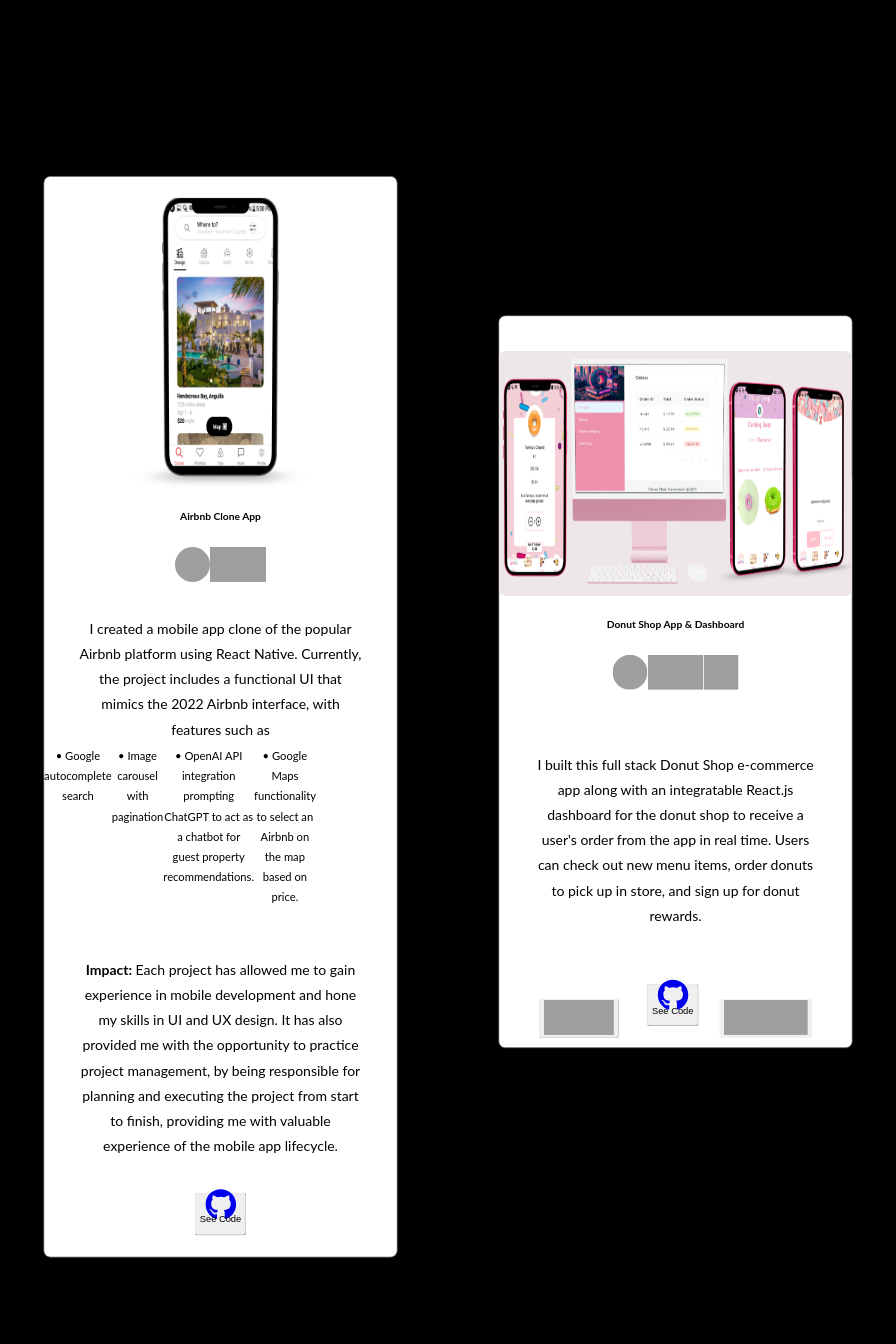
Repository: JamesPesenti/portfolio
Page: /
An editor plug-in stored every save of this project. The page is shown before and after the next save, followed by the edit.
The browser window is 1280 px wide. The pictures show the part of the page from y = 1478 to 3398 px (the page is 6929 px tall), at 70% of full size.
Pictures or frames that could not be fetched are drawn as grey boxes. The project was rebuilt for these pictures with package versions that can differ from the ones it lists, and the page was loaded fresh each time. Imported but missing from the stored project, and not drawn on this page: src/Components/James Pesenti Resume 2023.pdf.

Above is the page before, as saved 2023-08-28 15:00:40.

### public/index.html
<!DOCTYPE html>
<html lang="en">
  <head>
    <meta charset="utf-8" />
    <link rel="" href="" />
    <meta name="viewport" content="width=device-width, initial-scale=1" />
    <meta name="theme-color" content="#000000" />
    <meta name="description" content="James Pesenti Portfolio 2023" />
    <link rel="apple-touch-icon" href="" />
    <link rel="manifest" href="%PUBLIC_URL%/manifest.json" />

    <title>Portfolio 2023</title>

  </head>
  <body>
    <div id="root"></div>
  </body>
</html>

### src/Components/AboutMe.jsx
import React from 'react'
import { FontAwesomeIcon } from '@fortawesome/react-fontawesome'
import { FaGithub } from "react-icons/fa";
import { FaMapPin } from "react-icons/fa";

const AboutMe = () => {
  return (
    <>

        <div style={{justifyContent: "center", textAlign: "center", color: "white", padding: 50,}}>
            {/* Spinning image  */}
            {/* <img style={{padding: 10, borderRadius: "50%", width: 200, height: 200,}} src="/images/IMG_1619.jpg" className="App-logo" alt="logo" /> */}
            <img style={{padding: 10, borderRadius: "50%", width: 200, height: 200,}} src="/images/IMG_1619.jpg" alt="logo" />
            <h1>I'm James Pesenti</h1>
            <h2>a Software Developer building mobile apps and websites</h2>
              <FaMapPin size={20} style={{position: "relative", top: 5, right: 65, }} />
              <h3 style={{marginTop: -24}}> Chicago, IL</h3>
        </div>

</>
  )
}

export default AboutMe

### src/Components/Scroll.jsx
import React from 'react'
import '../CSS/App.css';


const Scroll = () => {

  return (
    <>

        <div style={{marginBottom: 400, justifyContnent: 'center'}} id="section09" class="demo">
          <a href="#parallaxContainer">
            <span></span>
            Scroll down to see my work
          </a>
        </div>

    </>
  )
}

export default Scroll

### src/Components/MyProjects.jsx
import UberGoogleButton from "../Components/UberGoogleButton"
import AstonGoogleButton from "./AstonGoogleButton"
import AstonAppleButton from "./AstonAppleButton"
import BarceGoogleButton from "../Components/BarceGoogleButton"
import BarceAppleButton from "./BarceAppleButton"
import { FaGithub } from "react-icons/fa";

const MyProjects = () => {
  return (

  <>
    <div id="parallaxContainer" style={{ display: 'grid', gridTemplateColumns: 'repeat(2, 1fr)', gap: '20px' }}>

    {/* Airbnb Clone */}
    <div style={{ justifyContent: 'center', alignItems: 'center',  width: "80%", borderRadius: 10}} className="box">
            <div>
                <img style={{ borderRadius: 10, marginTop: 30, marginBottom: -35, width: "100%", height: 450, transition: ".7s", }} src="images/mockrocket-capture (11).png" />
            </div>
            <h4 style={{textAlign: 'center'}}>Airbnb Clone App</h4>
                <div style={{padding: 10, borderRadius: 10, marginBottom: -40,}}>
                  <img style={{width: 50, height: 50, borderRadius: 50}} src="https://i.pinimg.com/originals/8a/02/1a/8a021aa097236b42dd71fb731e3d894d.gif"/>
                  <img style={{width: 80, height: 50, }} src="https://www.datocms-assets.com/45470/1631026680-logo-react-native.png"  />
                  {/* <img style={{width: 50, height: 50, }} src="https://pbs.twimg.com/profile_images/1114309924551417856/FKA4cm2x_400x400.png"  /> */}
                </div>
           <div>
            <p style={{fontSize: 20, textAlign: 'center', padding: 50, marginBottom: -60}}>I created a mobile app clone of the popular Airbnb platform using React Native. Currently, the project includes a functional UI that mimics the 2022 Airbnb interface, with features such as</p>
           </div>
           <div numberOfLines={1} style={{display: 'flex', flexDirection: "row", width: "60%"}}>
            <p style={{fontSize: 16, padding: 0, marginBottom: 0}}>&#8226; Google autocomplete search</p>
            <p style={{fontSize: 16, padding: 0, marginBottom: 0}}>&#8226; Image carousel with pagination</p>
            <p style={{fontSize: 16, paddingHorizontal: 0, marginBottom: 0}}> &#8226; OpenAI API integration prompting ChatGPT to act as a chatbot for guest property recommendations.</p>
            <p style={{fontSize: 16, paddingHorizontal: -90, marginBottom: 0}}> &#8226; Google Maps functionality to select an Airbnb on the map based on price.</p>
            {/* <p style={{fontSize: 20, textAlign: 'center', padding: 40, marginBottom: -60}}>I plan to add additional features and integrate back end functionality in future updates to enhance the user experience and provide a more comprehensive product.</p> */}
            {/* <p style={{fontSize: 20, textAlign: 'center', padding: 30, marginBottom: -80}}><b> Key Skills I learned: </b>React Native, UI design, Google Play and App Store submission process, mobile development, UX design, project management.</p> */}
           </div>
           <div>
            <p style={{fontSize: 20, textAlign: 'center', padding: 50}}><b> Impact: </b> Each project has allowed me to gain experience in mobile development and hone my skills in UI and UX design. It has also provided me with the opportunity to practice project management, by being responsible for planning and executing the project from start to finish, providing me with valuable experience of the mobile app lifecycle.</p>
           </div>

           <div >
                {/* <UberGoogleButton  /> */}
                <button style={{marginTop: 10}} type="button" className="codeButton">
                  <a href="https://github.com/JamesPesenti/Airbnb" target="_blank" rel="noopener noreferrer">
                    <FaGithub  size={45} style={{ marginTop: -80, marginBottom: -25, justifyContent: "center", textAlign: "center"}} />
                  </a>
                  <p>See Code</p>
                </button>
                {/* <AstonAppleButton  /> */}
            </div>

        </div>


     {/* Donut Shop App */}
     <div style={{marginTop: -80, marginBottom: 20, justifyContent: 'center', alignItems: 'center',  width: "80%", borderRadius: 10}} className="box">
            <div>
                <img style={{ borderRadius: 10, marginTop: 50, width: "100%", height: 350, transition: ".7s", }} src="/images/appAndDashMock.png" />
            </div>
            <h4 style={{textAlign: 'center'}}>Donut Shop App & Dashboard</h4>
                <div style={{padding: 10, borderRadius: 10, marginBottom: 0,}}>
                  <img style={{width: 50, height: 50, borderRadius: 50}} src="https://i.pinimg.com/originals/8a/02/1a/8a021aa097236b42dd71fb731e3d894d.gif"/>
                  <img style={{width: 80, height: 50, }} src="https://www.datocms-assets.com/45470/1631026680-logo-react-native.png"  />
                  <img style={{width: 50, height: 50, }} src="https://pbs.twimg.com/profile_images/1114309924551417856/FKA4cm2x_400x400.png"  />
                </div>
            <p style={{fontSize: 20,textAlign: 'center', padding: 50}}>I built this full stack Donut Shop e-commerce app along with an integratable React.js dashboard for the donut shop to receive a user's order from the app in real time. Users can check out new menu items, order donuts to pick up in store, and sign up for donut rewards.</p>

            <div>
                <UberGoogleButton  />
                <button style={{marginTop: 40}} type="button" className="codeButton">
                  <a href="https://github.com/JamesPesenti/Donut_Shop" target="_blank" rel="noopener noreferrer">
                    <FaGithub  size={45} style={{ marginTop: -80, marginBottom: -25, justifyContent: "center", textAlign: "center"}} />
                  </a>
                  <p>See Code</p>
                </button>
                <AstonAppleButton  />
            </div>

        </div>


    {/* Uber Eats App */}
    <div style={{marginTop: 80, marginBottom: 60, justifyContent: 'center', alignItems: 'center',  width: "80%", borderRadius: 10}} className="box">
            <div className="imgWrapper" style={{width: 480, height: 350}}>
                <img style={{ borderRadius: 5, marginTop: 50, width: "100%", height: 300, transition: ".7s", }} src="/images/UberEatsLast.png" />
            </div>
            <h4 style={{textAlign: 'center'}}>Uber Eats Clone App</h4>
                <div style={{padding: 10, borderRadius: 10, marginBottom: -40,}}>
                  <img style={{width: 50, height: 50, borderRadius: 50}} src="https://i.pinimg.com/originals/8a/02/1a/8a021aa097236b42dd71fb731e3d894d.gif"/>
                  <img style={{width: 80, height: 50, }} src="https://www.datocms-assets.com/45470/1631026680-logo-react-native.png"  />
                  <img style={{width: 50, height: 50, }} src="https://pbs.twimg.com/profile_images/1114309924551417856/FKA4cm2x_400x400.png" />
                </div>
            <p style={{fontSize: 20,textAlign: 'center', padding: 50}}>A full stack React Native app inspired by the UberEats user app. I utilized AWS Amplify's datastore to configure the back end to query and save customer's orders and used Amazon Cognito for user registration, authentication, & account recovery.</p>

            <div>
                <UberGoogleButton  />
                <button style={{marginTop: 40}} type="button" className="codeButton">
                  <a href="https://github.com/JamesPesenti/UberEatsClone" target="_blank" rel="noopener noreferrer">
                    <FaGithub  size={45} style={{ marginTop: -80, marginBottom: -20, justifyContent: "center", textAlign: "center"}} />
                  </a>
                  <p>See Code</p>
                </button>
                <AstonAppleButton  />
            </div>

        </div>


     {/* Aston Waikiki App */}
       <div style={{marginTop: 80, marginBottom: 120, justifyContent: 'center', alignItems: 'center',  width: "80%", borderRadius: 10}} className="box">
            <div className="imgWrapper" style={{width: 450, height: 350}}>
                <img style={{ marginTop: 50, width: "100%", height: "auto", transition: ".7s", }} src="/images/astonmock.png" />
            </div>
            <h4 style={{textAlign: 'center'}}>Aston Waikiki Hotel UI</h4>
                <div style={{padding: 10, borderRadius: 10, marginBottom: -40,}}>
                  <img style={{width: 50, height: 50, borderRadius: 50}} src="https://i.pinimg.com/originals/8a/02/1a/8a021aa097236b42dd71fb731e3d894d.gif"/>
                  <img style={{width: 80, height: 50, }} src="https://www.datocms-assets.com/45470/1631026680-logo-react-native.png"  />
                </div>
            <p style={{fontSize: 20,textAlign: 'center', padding: 50}}>A React Native UI design I created to reimagine the hotel Aston Waikiki Beach's website into a cross platform mobile app. I used most of the content and images from the current website and utilized both Bottom Tabs, Drawer navigation and other React Native libraries for a better user experience.</p>

            <div>
                <AstonGoogleButton  />
                <button style={{marginTop: 40}} type="button" className="codeButton">
                        <a href="https://github.com/JamesPesenti/AstonWaikikiBeachApp" target="_blank" rel="noopener noreferrer">
                            <FaGithub  size={45} style={{ marginTop: -80, marginBottom: -20, justifyContent: "center", textAlign: "center"}} />
                        </a>
                        <p>See Code</p>
                </button>
                <AstonAppleButton  />
            </div>

        </div>


    {/* Barcelona App */}
       <div style={{marginTop: 20, marginBottom: 120, justifyContent: 'center', alignItems: 'center',  width: "80%", borderRadius: 10}} className="box">
            <div className="imgWrapper" style={{width: 650, height: 300}}>
                <img style={{ marginTop: 30, width: "100%", height: 250, transition: ".7s", }} src="/images/barcelonamockup.png" />
            </div>
            <h4 style={{textAlign: 'center'}}>Barcelona Tourist App</h4>
                <div style={{padding: 10, borderRadius: 10, marginBottom: -20,}}>
                <img style={{width: 80, height: 50,}} src="https://www.datocms-assets.com/45470/1631026680-logo-react-native.png"  />
                <img style={{width: 50, height: 50, borderRadius: 50}} src="https://i.pinimg.com/originals/8a/02/1a/8a021aa097236b42dd71fb731e3d894d.gif"/>
                </div>
            <p style={{fontSize: 20, textAlign: 'center', padding: 50}}>I created this React Native app for visitors of Barcelona Spain to save pictures and locations of their favorite places. I used pop-up modals for users to quickly get information on popular sights and used geolocation with google maps so users can save their location and select it on the map.</p>

            <div>
               <BarceAppleButton  />
                <button style={{marginTop: 40}} type="button" className="codeButton">
                        <a href="https://github.com/JamesPesenti/BarcelonaApp" target="_blank" rel="noopener noreferrer">
                            <FaGithub  size={45} style={{ marginTop: -80, marginBottom: -20, justifyContent: "center", textAlign: "center"}} />
                        </a>
                        <p>See Code</p>
                </button>
                <BarceGoogleButton  />
            </div>

        </div>

    {/* IAR React App */}
        {/* <div style={{marginBottom: 0, justifyContent: 'center', alignItems: 'center',  width: "80%", borderRadius: 10}} className="box">
            <img style={{ width: 600, height: 350, borderRadius: 10, borderWidth: 2, borderColor: "green"}} src="/images/innermock.png" />
            <h4 style={{textAlign: 'center'}}>Inner Aura Readings Website</h4>
            <div style={{flexDirection: "row", padding: 10, borderRadius: 10}}>
                <img src="https://www.logo.wine/a/logo/React_(web_framework)/React_(web_framework)-Logo.wine.svg" style={{width: 100, height: 50,}} />
                <img className="logoBox" src="https://cdn.pixabay.com/photo/2017/08/05/11/16/logo-2582747_1280.png" style={{width: 50, height: 50,}} />
            </div>
            <p style={{fontSize: 20, textAlign: 'center', padding: 50}}>This was the first official React.js web app that I developed. I made it for a friend who wanted to reach more customers with a mobile friendly website. I made multiple iterations and converted it into a PWA for offline operability with native like performance. </p>
            <button style={{marginTop: 0}} type="button" className="codeButton">
                        <a href="https://github.com/JamesPesenti/InnerAuraReadings2022" target="_blank" rel="noopener noreferrer">
                            <FaGithub  size={45} style={{ marginTop: -80, marginBottom: -20, justifyContent: "center", textAlign: "center"}} />
                        </a>
                        <p>See Code</p>
            </button>

        </div> */}


{/* REapp */}
        {/* <div style={{marginBottom: 100, justifyContent: 'center', alignItems: 'center',  width: "80%", borderRadius: 10,}} className="box">
        <img style={{marginTop: 50, width: 800, height: 350, borderRadius: 10, borderWidth: 2, borderColor: "green"}} src="/images/remockup.png" />
            <h4 style={{textAlign: 'center'}}>Real Estate Listing Website </h4>
            <div style={{flexDirection: "row", padding: 10, borderRadius: 10}}>
                <img src="https://www.logo.wine/a/logo/React_(web_framework)/React_(web_framework)-Logo.wine.svg" style={{width: 100, height: 50,}} />
                <img src="https://img.icons8.com/color/480/cloud-firestore.png" style={{width: 50, height: 50,}} />
                <img src="https://raw.githubusercontent.com/JamesPesenti/RealEstateApp/16b046b3d34b4a26468627e906dc503be8911b73/src/assets/svg/googleIcon.svg" style={{marginBottom: 8, width: 100, height: 30,}} />
            </div>
            <p style={{fontSize: 20, textAlign: 'center', padding: 50}}>Real Estate listing website built with React, FireStore database and Google OAuth to sign in with a google account. You can search listings for rent/sale and login to your account to create a listing and save offers. Inspiration and back-end code taken from Brad Traversey's React course I took on Udemy.</p>
            <button style={{marginTop: 40}} type="button" className="codeButton">
                        <a href="https://github.com/JamesPesenti/RealEstateApp" target="_blank" rel="noopener noreferrer">
                            <FaGithub  size={45} style={{ marginTop: -80, marginBottom: -20, justifyContent: "center", textAlign: "center"}} />
                        </a>
                        <p>See Code</p>
            </button>
        </div> */}

    </div>


    </>
  )
}

export default MyProjects

### src/Components/UberGoogleButton.jsx
import React from 'react'


const UberGoogleButton = () => {
  return (
    <>
    <button type="button" style={{marginRight: 40, borderWidth: .1, borderColor: '#efefef', borderRadius: 5}}>
        <a href="https://expo.dev/accounts/jimpesenti/projects/UberEats/builds/b9dfcb73-dd37-4009-b5f9-7d24a72b937d">
            <img style={{width: 100, height: 50, borderRadius: 0}} src="https://logos-world.net/wp-content/uploads/2020/12/Google-Play-Logo-500x281.png"/>
        </a>
    </button>
    </>
  )
}

export default UberGoogleButton

### src/Components/AstonGoogleButton.jsx
import React from 'react'


const AstonGoogleButton = () => {
  return (
    <>
    <button type="button" style={{marginRight: 40, borderWidth: .1, borderColor: '#efefef', borderRadius: 5}}>
        <a href="https://play.google.com/store/apps/details?id=com.jamespesenti91.astonwaikikibeach">
            <img style={{width: 100, height: 50, borderRadius: 0}} src="https://logos-world.net/wp-content/uploads/2020/12/Google-Play-Logo-500x281.png"/>
        </a>
    </button>
    </>
  )
}

export default AstonGoogleButton

### src/Components/AstonAppleButton.jsx
import React from 'react'

const AstonAppleButton = () => {
  return (
    <>
    <button type="submit" style={{marginLeft: 30, borderWidth: 0,}}  >
        <a href="">
            <img style={{width: 120, height: 50, borderRadius: 0}} src="https://images.squarespace-cdn.com/content/v1/5b549a7f3c3a53487c250f58/1597439116255-P7ME5MNOIWQLJS1X4CPP/Apple+App+Store+Logo+Button.png"/>
        </a>
    </button>
    </>
  )
}

export default AstonAppleButton

### src/Components/BarceGoogleButton.jsx
import React from 'react'


const BarceGoogleButton = () => {
  return (
    <>
    <button type="button" style={{marginLeft: 30, borderWidth: .1, borderColor: '#efefef', borderRadius: 5}}>
        <a href="https://play.google.com/store/apps/details?id=com.jamespesenti91.VisitBarcelona">
            <img style={{width: 100, height: 50, borderRadius: 0}} src="https://logos-world.net/wp-content/uploads/2020/12/Google-Play-Logo-500x281.png" alt="barceButton"/>
        </a>
    </button>
    </>
  )
}

export default BarceGoogleButton

### src/Components/BarceAppleButton.jsx
import React from 'react'

const BarceAppleButton = () => {
  return (
    <>
    <button type="submit" style={{marginRight: 30, borderWidth: 0,}}  >
        <a href="">
            <img style={{width: 120, height: 50, borderRadius: 0}} src="https://images.squarespace-cdn.com/content/v1/5b549a7f3c3a53487c250f58/1597439116255-P7ME5MNOIWQLJS1X4CPP/Apple+App+Store+Logo+Button.png"/>
        </a>
    </button>
    </>
  )
}

export default BarceAppleButton

Loaded but not shown: src/index.js (common file); src/reportWebVitals.js (common file); src/serviceWorkerRegistration.js (137 lines, source omitted); src/App.js (33 lines, source omitted); src/CSS/App.css (351 lines, source omitted); src/CSS/index.css (197 lines, source omitted); src/Components/Navbar.jsx (44 lines, source omitted)

After the next save:
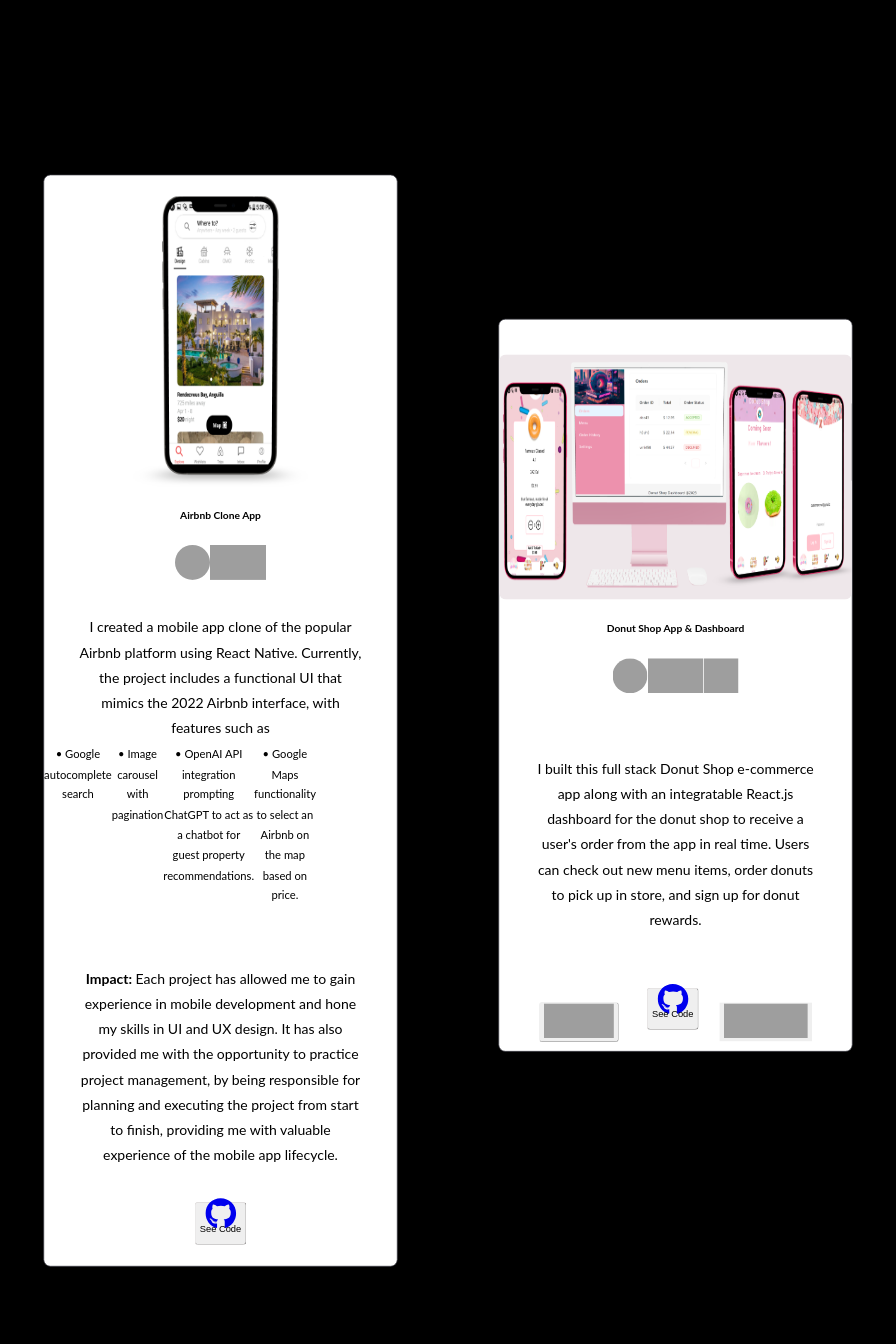
Saved 23 s later.
--- a/src/Components/MyProjects.jsx
+++ b/src/Components/MyProjects.jsx
@@ -26,10 +26,10 @@
             <p style={{fontSize: 20, textAlign: 'center', padding: 50, marginBottom: -60}}>I created a mobile app clone of the popular Airbnb platform using React Native. Currently, the project includes a functional UI that mimics the 2022 Airbnb interface, with features such as</p>
            </div>
            <div numberOfLines={1} style={{display: 'flex', flexDirection: "row", width: "60%"}}>
-            <p style={{fontSize: 16, padding: 0, marginBottom: 0}}>&#8226; Google autocomplete search</p>
-            <p style={{fontSize: 16, padding: 0, marginBottom: 0}}>&#8226; Image carousel with pagination</p>
-            <p style={{fontSize: 16, paddingHorizontal: 0, marginBottom: 0}}> &#8226; OpenAI API integration prompting ChatGPT to act as a chatbot for guest property recommendations.</p>
-            <p style={{fontSize: 16, paddingHorizontal: -90, marginBottom: 0}}> &#8226; Google Maps functionality to select an Airbnb on the map based on price.</p>
+            <p style={{fontSize: 16}}>&#8226; Google autocomplete search</p>
+            <p style={{fontSize: 16}}>&#8226; Image carousel with pagination</p>
+            <p style={{fontSize: 16}}> &#8226; OpenAI API integration prompting ChatGPT to act as a chatbot for guest property recommendations.</p>
+            <p style={{fontSize: 16}}> &#8226; Google Maps functionality to select an Airbnb on the map based on price.</p>
             {/* <p style={{fontSize: 20, textAlign: 'center', padding: 40, marginBottom: -60}}>I plan to add additional features and integrate back end functionality in future updates to enhance the user experience and provide a more comprehensive product.</p> */}
             {/* <p style={{fontSize: 20, textAlign: 'center', padding: 30, marginBottom: -80}}><b> Key Skills I learned: </b>React Native, UI design, Google Play and App Store submission process, mobile development, UX design, project management.</p> */}
            </div>
